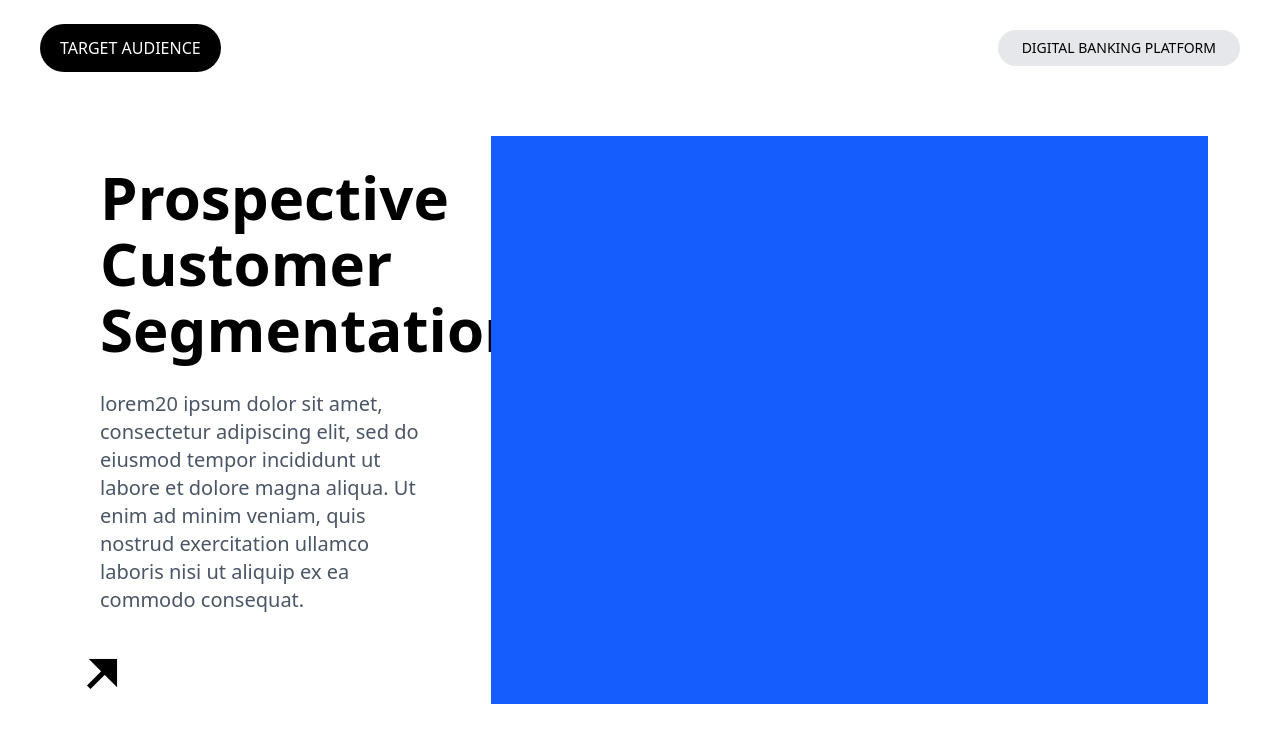
Repository: Mohitkumar1322/ReactTut
Page: / (app in projectSher1/)
The author's editor kept a copy of each file at every save. The page is drawn from the files as they stood at one save, then again after the next save.
The browser window is 1280 px wide. The pictures show the whole page.
The project was rebuilt for these pictures with package versions that can differ from the ones it lists, and the page was loaded fresh each time. Also part of the build but not shown: projectSher1/vite.config.js.

Above is the page before, as saved 2025-11-16 15:52:30.

After the next save:
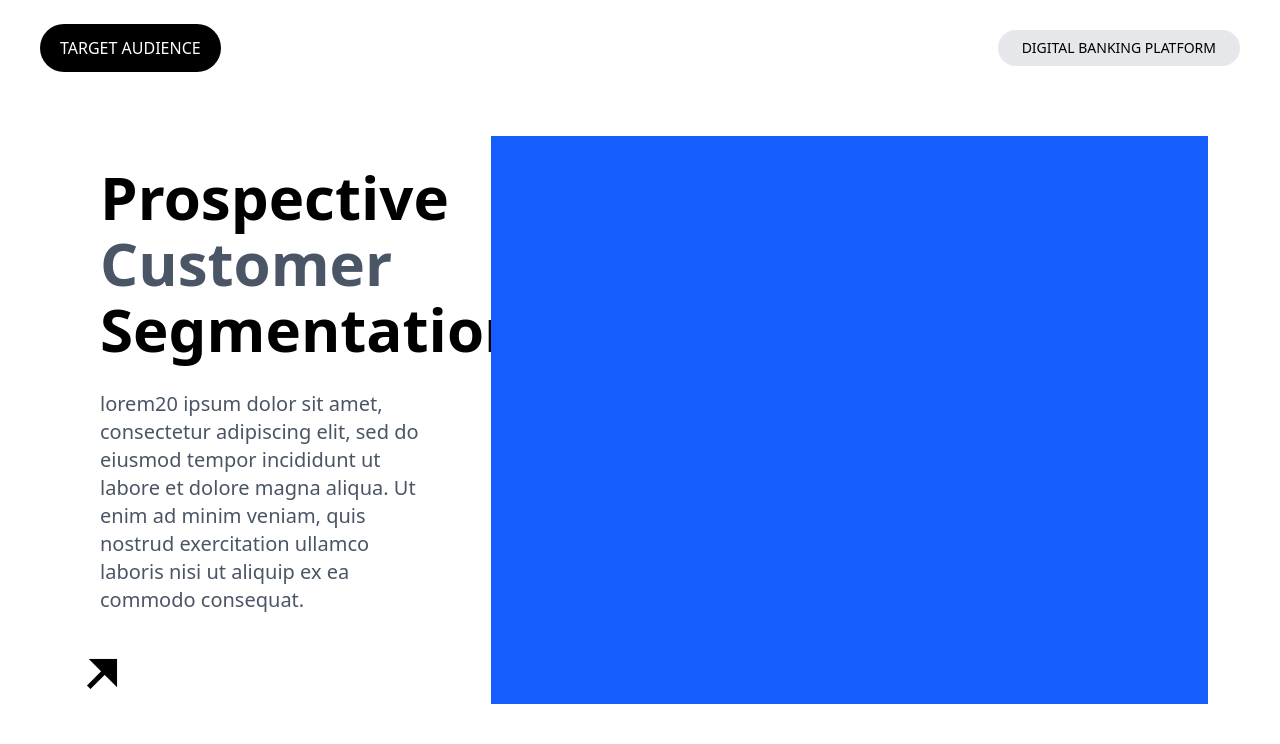
Saved 4 s later.
--- a/projectSher1/src/components/Section1/LeftContent.jsx
+++ b/projectSher1/src/components/Section1/LeftContent.jsx
@@ -5,7 +5,7 @@ const LeftContent = () => {
     <div className='h-full flex flex-col justify-between w-1/3  '>
       <div className='p-7 '>
         <h3 className='mb-7 leading-[1.1] text-6xl font-bold'>
-            Prospective<br></br> <span className='text-gray-'>Customer</span> <br />Segmentation
+            Prospective<br></br> <span className='text-gray-600'>Customer</span> <br />Segmentation
         </h3>
         <p className='text-xl font-medium text-gray-600'>lorem20
             ipsum dolor sit amet, consectetur adipiscing elit, sed do eiusmod tempor incididunt ut labore et dolore magna aliqua. Ut enim ad minim veniam, quis nostrud exercitation ullamco laboris nisi ut aliquip ex ea commodo consequat.
